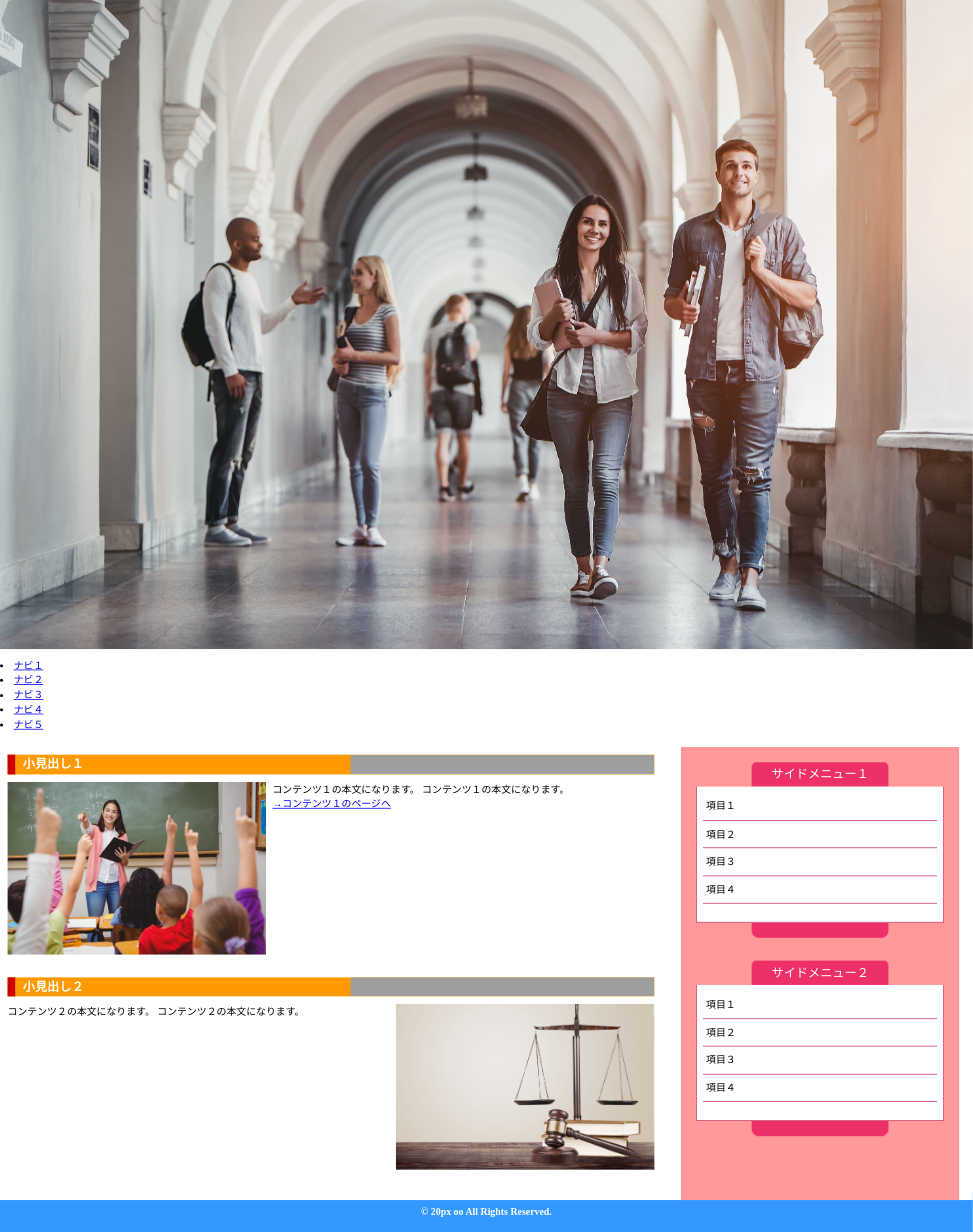
Repository: masami-a/samurai_HTML-CSS
Page: home.html
The author's editor kept a record of every edit. The page is drawn from the files as they stood at one moment, then again after the next edit.
The browser window is 1280 px wide. The pictures show the whole page, at 76% of full size.
Pictures or frames that could not be fetched are drawn as grey boxes.

Above is the page before.

After the next edit:
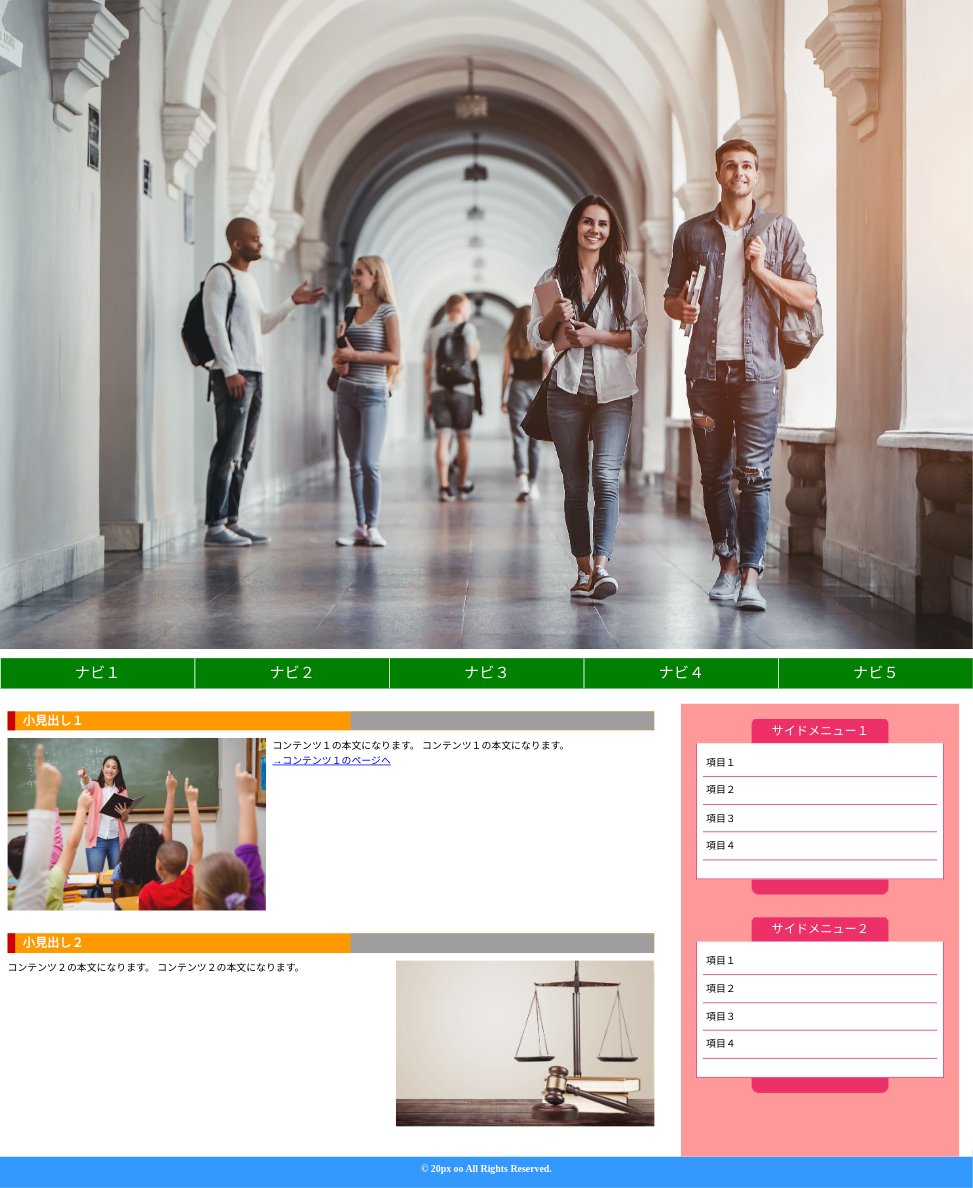
The edit:
--- a/home.html
+++ b/home.html
@@ -11,7 +11,7 @@
     </div>
     <div id="wrapper">
         <div id="nav">
-            <u1>
+            <ul>
                 <li><a href="home.html">ナビ１</a></li>
                 <li><a href="#">ナビ２</a></li>
                 <li><a href="#">ナビ３</a></li>
